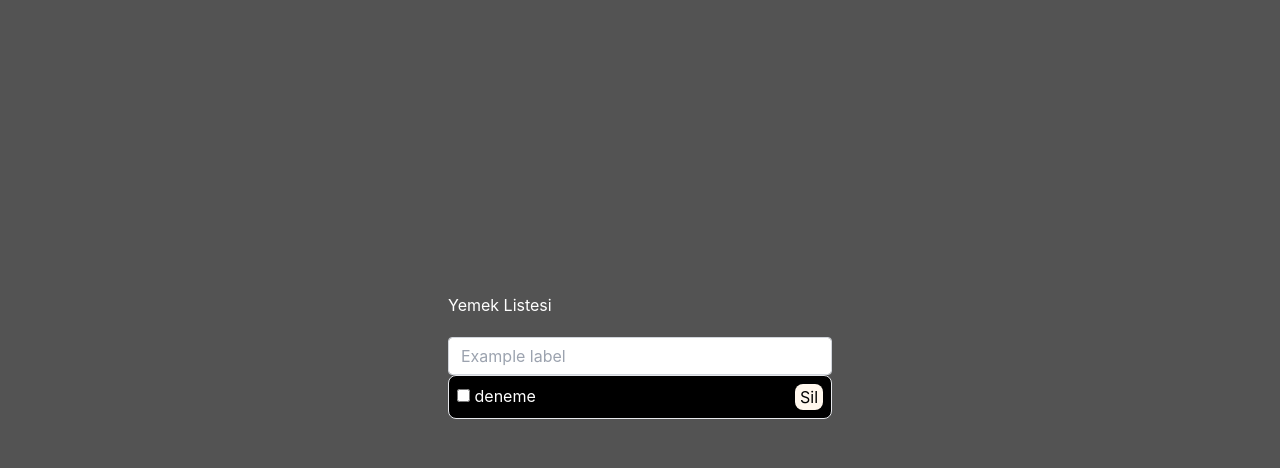
Repository: muratyildiz63/Composition-API-Nedir-todo-list
Page: /
An editor plug-in stored every save of this project. The page is shown before and after the next save, followed by the edit.
The browser window is 1280 px wide. The pictures show the whole page.
The project was rebuilt for these pictures with package versions that can differ from the ones it lists, and the page was loaded fresh each time. Also part of the build but not shown: vite.config.js.

Above is the page before, as saved 2022-08-15 19:00:51.

After the next save:
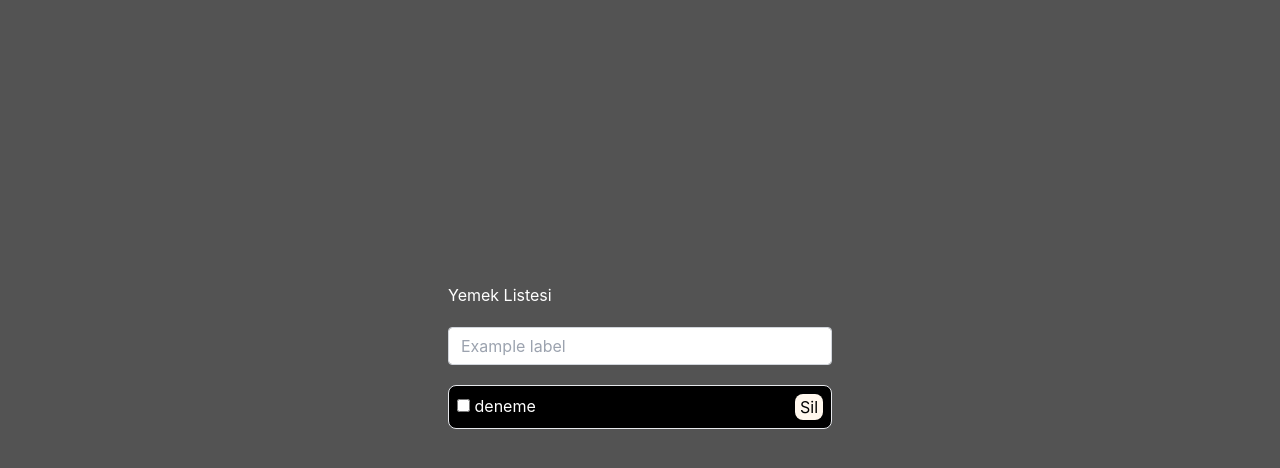
Saved 9 s later.
--- a/src/App.vue
+++ b/src/App.vue
@@ -10,6 +10,7 @@
         block
         w-full
         px-3
+        mb-5
         py-1.5
         text-base
         font-normal
